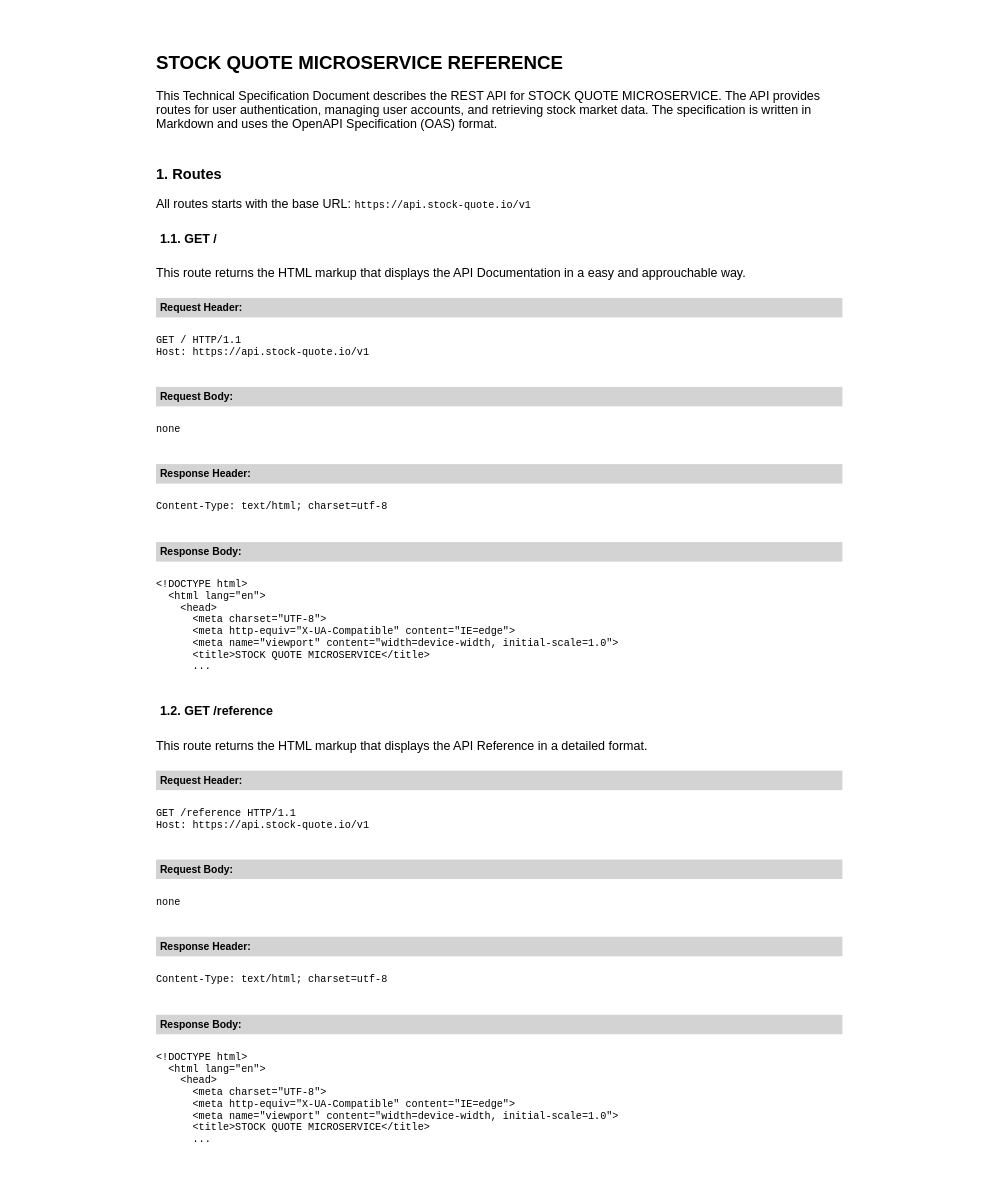
Repository: miguelamello/nest-js
Page: stock-service/reference.html
An editor plug-in stored every save of this project. The page is shown before and after the next save, followed by the edit.
The browser window is 1280 px wide. The pictures show the whole page, at 78% of full size.

Above is the page before, as saved 2023-04-03 13:54:52.

### stock-service/reference.html
<!DOCTYPE html>
<html lang="en">
<head>
  <meta charset="UTF-8">
  <meta http-equiv="X-UA-Compatible" content="IE=edge">
  <meta name="viewport" content="width=device-width, initial-scale=1.0">
  <title>STOCK QUOTE MICROSERVICE REFERENCE</title>
  <style>
    body {
      font-family: Arial, Helvetica, sans-serif;
      padding: 3% 15%;
    }
    h3 {
      margin-top: 5%;
    }
    H4 {
      padding: 5px;
      background-color: balck;
    }
    H5 {
      padding: 5px;
      background-color: lightgrey;
    }
    pre {
      margin: 0;
      overflow: auto;
    }
  </style>
</head>
<body>
  <h2>STOCK QUOTE MICROSERVICE REFERENCE</h2>
  <p>
    This Technical Specification Document describes the REST API for STOCK QUOTE MICROSERVICE.
    The API provides routes for user authentication, managing user accounts, and retrieving stock market data.
    The specification is written in Markdown and uses the OpenAPI Specification (OAS) format.
  </p>

  <p>
    <h3>1. Routes</h3>
    <p>
      All routes starts with the base URL: <code>https://api.stock-quote.io/v1</code>
    </p>
  </p>

  <!-- 1.1. GET /  -->
  <p>
    <h4>1.1. GET /</h4>
    This route returns the HTML markup that displays the API
    Documentation in a easy and approuchable way.
  </p>
  <h5>Request Header:</h5>
  <pre>
GET / HTTP/1.1
Host: https://api.stock-quote.io/v1
  </pre>

  <h5>Request Body:</h5>
  <pre>
none
  </pre>

  <h5>Response Header:</h5>
  <pre>
Content-Type: text/html; charset=utf-8
  </pre>

  <h5>Response Body: </h5>

  <pre>
&lt;!DOCTYPE html&gt;
  &lt;html lang="en"&gt;
    &lt;head&gt;
      &lt;meta charset="UTF-8"&gt;
      &lt;meta http-equiv="X-UA-Compatible" content="IE=edge"&gt;
      &lt;meta name="viewport" content="width=device-width, initial-scale=1.0"&gt;
      &lt;title&gt;STOCK QUOTE MICROSERVICE&lt;/title&gt;
      ...
  </pre>

  <!-- 1.2. GET /reference  -->
  <p>
    <h4>1.2. GET /reference</h4>
    This route returns the HTML markup that displays the API
    Reference in a detailed format.
  </p>
  <h5>Request Header:</h5>
  <pre>
GET /reference HTTP/1.1
Host: https://api.stock-quote.io/v1
  </pre>

  <h5>Request Body:</h5>
  <pre>
none
  </pre>

  <h5>Response Header:</h5>
  <pre>
Content-Type: text/html; charset=utf-8
  </pre>

  <h5>Response Body: </h5>

  <pre>
&lt;!DOCTYPE html&gt;
  &lt;html lang="en"&gt;
    &lt;head&gt;
      &lt;meta charset="UTF-8"&gt;
      &lt;meta http-equiv="X-UA-Compatible" content="IE=edge"&gt;
      &lt;meta name="viewport" content="width=device-width, initial-scale=1.0"&gt;
      &lt;title&gt;STOCK QUOTE MICROSERVICE&lt;/title&gt;
      ...
  </pre>

</body>
</html>

After the next save:
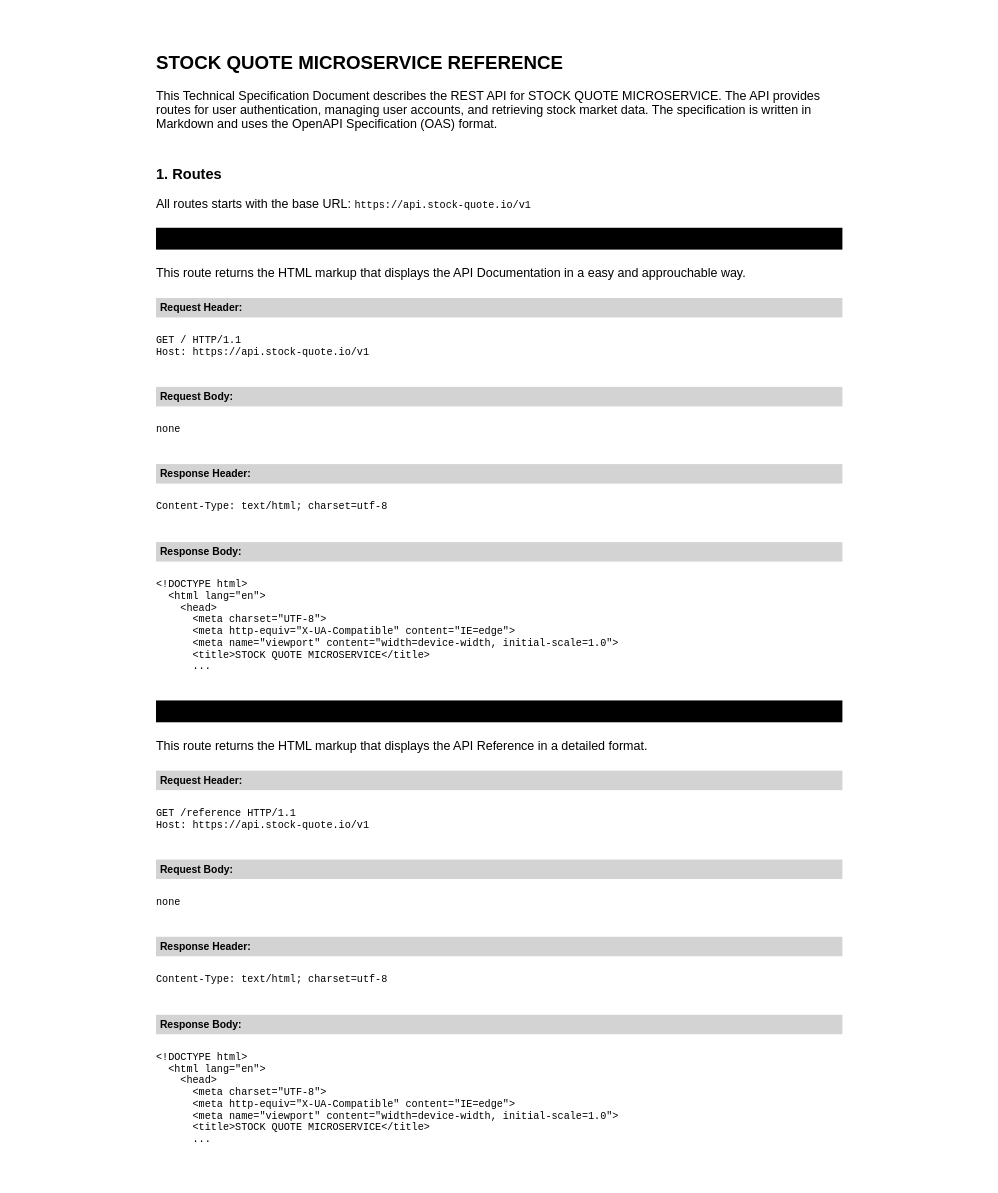
Saved 4 s later.
--- a/stock-service/reference.html
+++ b/stock-service/reference.html
@@ -15,7 +15,7 @@
     }
     H4 {
       padding: 5px;
-      background-color: balck;
+      background-color: black;
     }
     H5 {
       padding: 5px;
